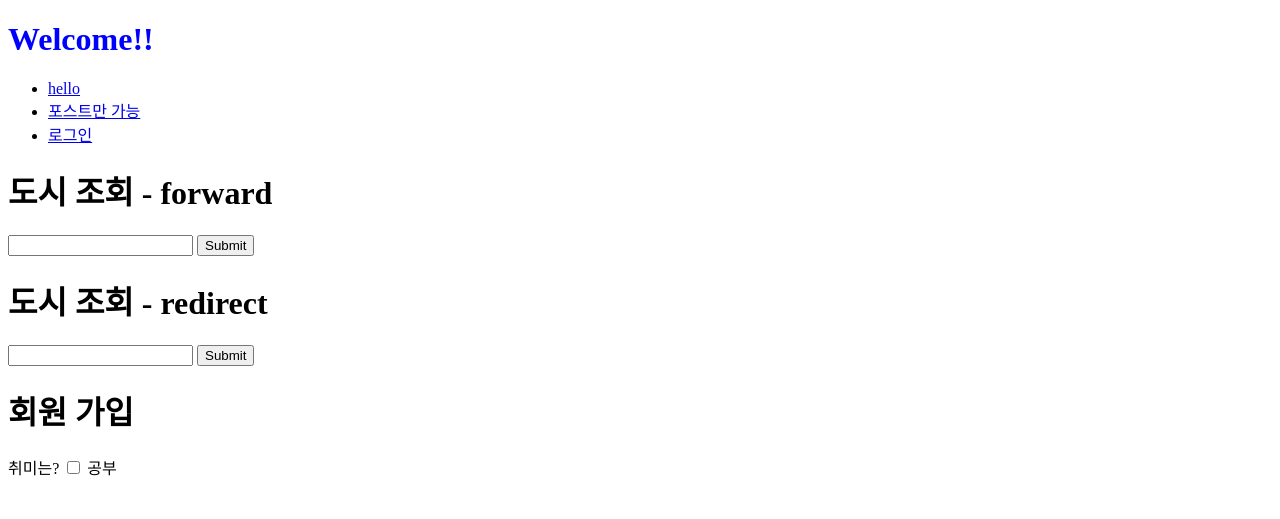
Repository: bgmun01/woorifisa_java
Page: http://localhost/jpa_2/WEB-INF/view/index.jsp
An editor plug-in stored every save of this project. The page is shown before and after the next save, followed by the edit.
The browser window is 1280 px wide. The pictures show the whole page.
The page is served by Tomcat 10. Nobody is signed in. The template is opened directly, without the code that normally fills it, so the values that code supplies are empty.

Above is the page before, as saved 2023-06-23 06:30:33.

After the next save:
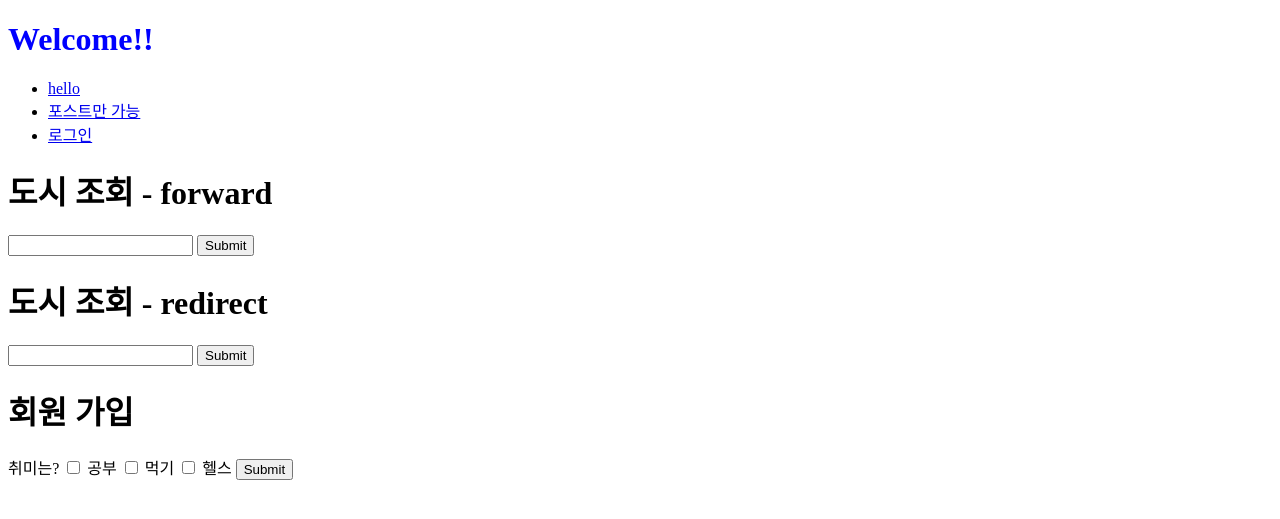
Saved 2 min 0 s later.
--- a/jpa_2/src/main/webapp/WEB-INF/view/index.jsp
+++ b/jpa_2/src/main/webapp/WEB-INF/view/index.jsp
@@ -30,6 +30,11 @@
 		<label>취미는?</label>
 		<input type="checkbox" name="hobby" value = "study" id="study">
 		<label for = "study">공부</label>
+		<input type="checkbox" name="hobby" value = "eat" id="eat">
+		<label for = "eat">먹기</label>
+		<input type="checkbox" name="hobby" value = "health" id="health">
+		<label for = "health">헬스</label>
+		<input type = "submit">
 	</form>
 
 </body>
